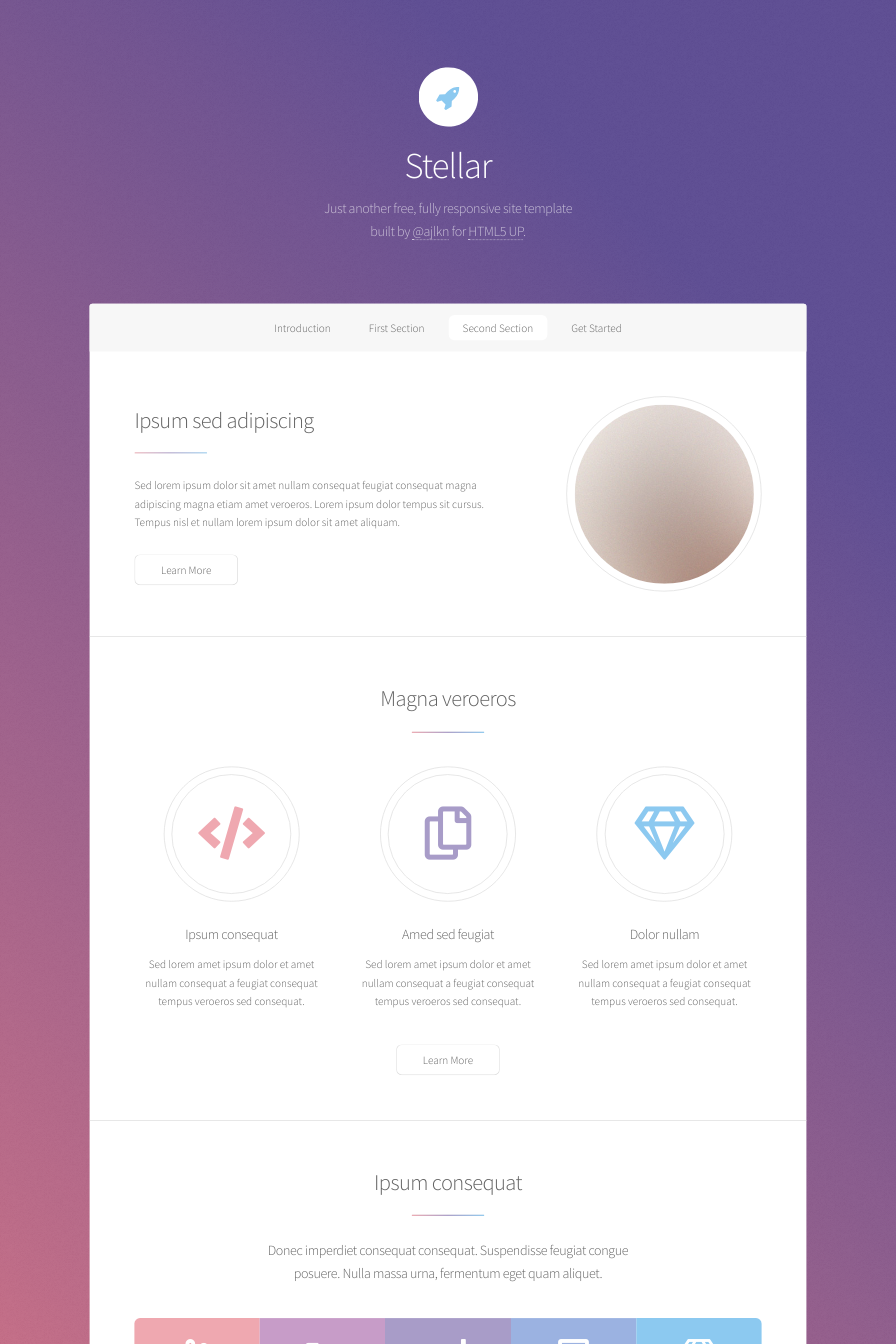
Repository: France-Alliance/France-Alliance.github.io
Page: index.html
An editor plug-in stored every save of this project. The page is shown before and after the next save, followed by the edit.
The browser window is 1280 px wide. The pictures show the part of the page from y = 0 to 1920 px (the page is 3278 px tall), at 70% of full size.

Above is the page before, as saved 2021-04-05 18:18:44.

After the next save:
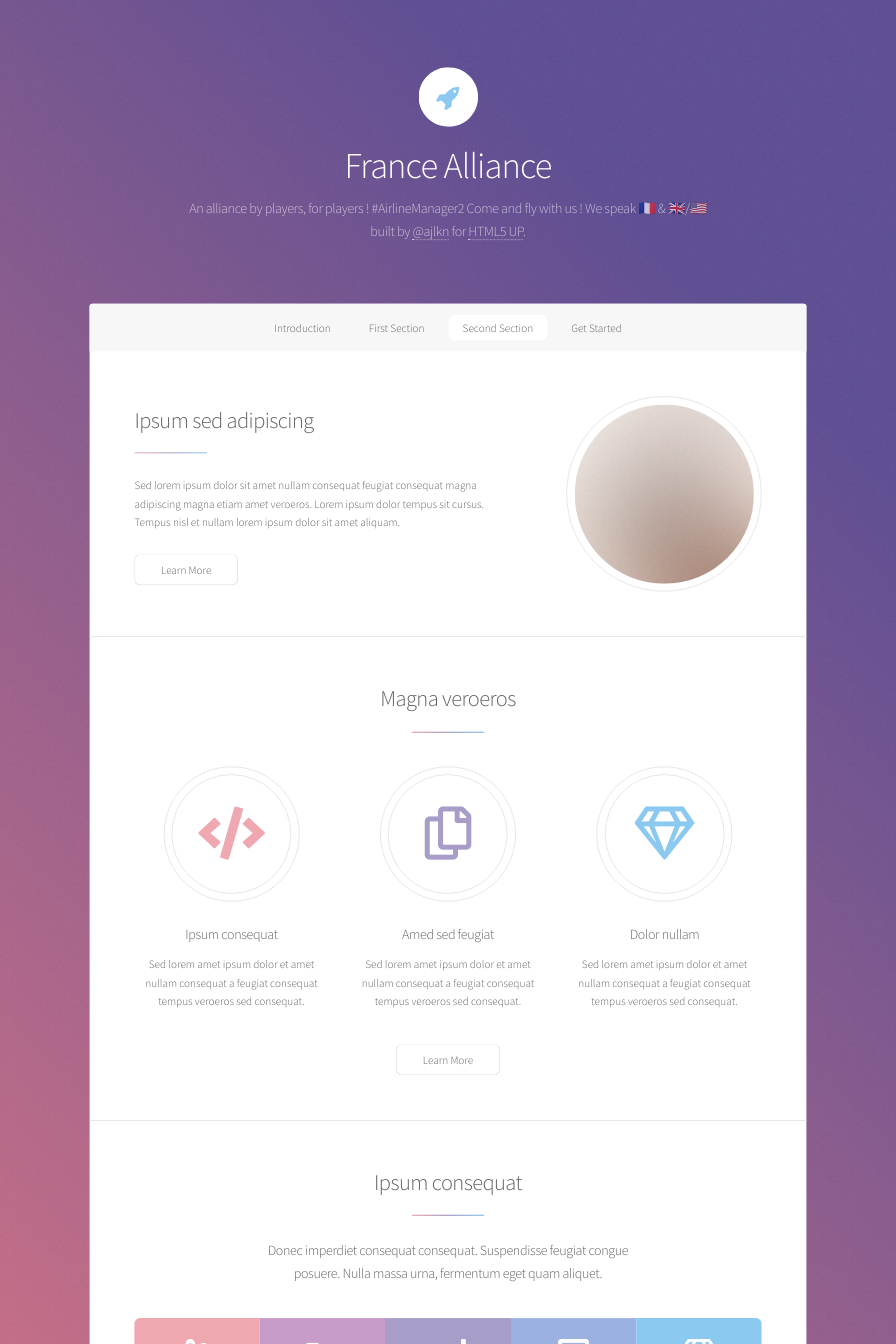
Saved 107 min 58 s later.
--- a/index.html
+++ b/index.html
@@ -6,7 +6,7 @@
 -->
 <html>
 	<head>
-		<title>Stellar by HTML5 UP</title>
+		<title>France Alliance</title>
 		<meta charset="utf-8" />
 		<meta name="viewport" content="width=device-width, initial-scale=1, user-scalable=no" />
 		<link rel="stylesheet" href="assets/css/main.css" />
@@ -20,8 +20,10 @@
 				<!-- Header -->
 					<header id="header" class="alt">
 						<span class="logo"><img src="images/logo.svg" alt="" /></span>
-						<h1>Stellar</h1>
-						<p>Just another free, fully responsive site template<br />
+						<h1>France Alliance</h1>
+						<p>An alliance by players, for players ! #AirlineManager2
+							Come and fly with us ! We speak 🇫🇷 & 🇬🇧/🇺🇸
+							<br />
 						built by <a href="https://twitter.com/ajlkn">@ajlkn</a> for <a href="https://html5up.net">HTML5 UP</a>.</p>
 					</header>
 
